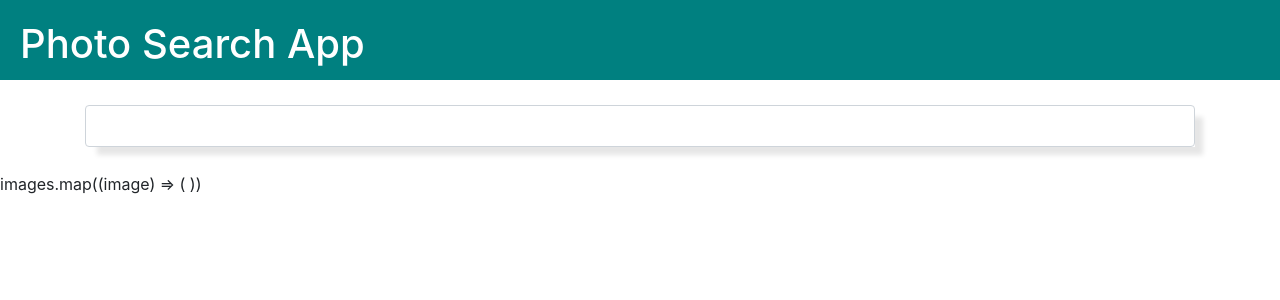
Repository: lamilekan263/photoapp
Page: /
An editor plug-in stored every save of this project. The page is shown before and after a run of saves, followed by the edit.
The browser window is 1280 px wide. The pictures show the whole page.
The project was rebuilt for these pictures with package versions that can differ from the ones it lists, and the page was loaded fresh each time. Also part of the build but not shown: src/components/ImageCard/ImageCard.scss, src/components/ImageCard/ImageCard.js.

Above is the page before, as saved 2020-08-26 12:53:10.

### public/index.html
<!DOCTYPE html>
<html lang="en">
  <head>
    <meta charset="utf-8" />
    <link rel="icon" href="%PUBLIC_URL%/favicon.ico" />
    <meta name="viewport" content="width=device-width, initial-scale=1" />
    <meta name="theme-color" content="#000000" />
    <meta
      name="description"
      content="Web site created using create-react-app"
    />

    <title>photo App</title>
  </head>
  <body>
    <noscript>You need to enable JavaScript to run this app.</noscript>
    <div id="root"></div>
  </body>
</html>

### src/index.js
import React from 'react';
import  ReactDOM from 'react-dom';
import 'bootstrap/dist/css/bootstrap.min.css';
import App from './App'


ReactDOM.render(
    <App/>,
    document.getElementById('root')
);

### src/App.js
import React from 'react';
import axios from 'axios'

import Header from './components/Header/Header'
import ImageList from './components/imageList/imageList'
import SearchBar from './components/searchBar/searchBar'

class App extends React.Component{
    state = {
        myImages : []
    }

    submitHandler = async (term) =>{
        const response = await axios.get('https://api.unsplash.com/search/photos', {
            params:{
                query: term,
                per_page: 25,
                order_by:'latest'
            },
            headers:{
                Authorization: 'Client-ID _EmXfMw4Ntd6F7SPo61DuogZ6sF5nsEsRHfLanqGI0M'
            }
        })
        this.setState({myImages : response.data.results})
        console.log(this.state.myImages)
    }
    render(){
        return(
           <React.Fragment>
               <Header />
                <SearchBar onSubmit = {this.submitHandler}/>
                <ImageList images ={this.state.myImages} />
           </React.Fragment>
        )
    }
}



export default App

### src/components/Header/Header.js
import React from 'react';

// import { Link} from 'react-router-dom'
import './Header.scss'

const Header = () =>{
    return(
        <div>
            <nav>
                <div className="brand">
                    <h1>Photo Search App</h1>
                </div>
            </nav>
        </div>
    )
}

export default Header

### src/components/imageList/imageList.js
import React from 'react';
import ImageCard from '../ImageCard/ImageCard'

import './imageList.scss'

const ImageList = ({ images }) =>{
    return(
        <div className="image-display">
            images.map((image) => (

            ))

        </div>
    )
}

export default ImageList

### src/components/searchBar/searchBar.js
import React from 'react'

import './searchBar.scss'

class SearchBar extends React.Component{
    state = {
        searchTerm : ''
    }

    onChangeHandler = (e) =>{
        this.setState({ searchTerm : e.target.value})
    }
    onSubmitHandler = (e)=>{
        e.preventDefault()
        this.props.onSubmit(this.state.searchTerm)
        this.setState({searchTerm : ''})
    }
    render(){
        return(
            <div className="container">
                <form onSubmit = {this.onSubmitHandler  }>
                    <div className="form-group">
                        <input type="text"
                        className="form-control"
                        onChange ={ this.onChangeHandler }
                        value = {this.state.searchTerm}
                        />
                    </div>
                </form>
            </div>
        )
    }

}

export default SearchBar

### src/components/Header/Header.scss
nav{
    width: 100%;
    height: 80px;
    background-color: teal;
    color:#fff;
    padding:20px;
    margin-bottom:25px;
    display:flex;
    flex-direction:row;
    justify-content:space-between;

    .brand{
        p{
            font-size: 20px;
            font-family:monospace;
        }
    }
}

### src/components/imageList/imageList.scss
.image-display{
    display: flex;
    flex-direction: row;

}

### src/components/searchBar/searchBar.scss
form{
    margin:25px 0;
    -webkit-box-shadow: 10px 10px 5px -2px rgba(230,230,230,1);
    -moz-box-shadow: 10px 10px 5px -2px rgba(230,230,230,1);
    box-shadow: 10px 10px 5px -2px rgba(230,230,230,1);
    .form-group{
        input{
            padding:20px;
            width: 100%;

        }
    }
}

After the next 3 saves:
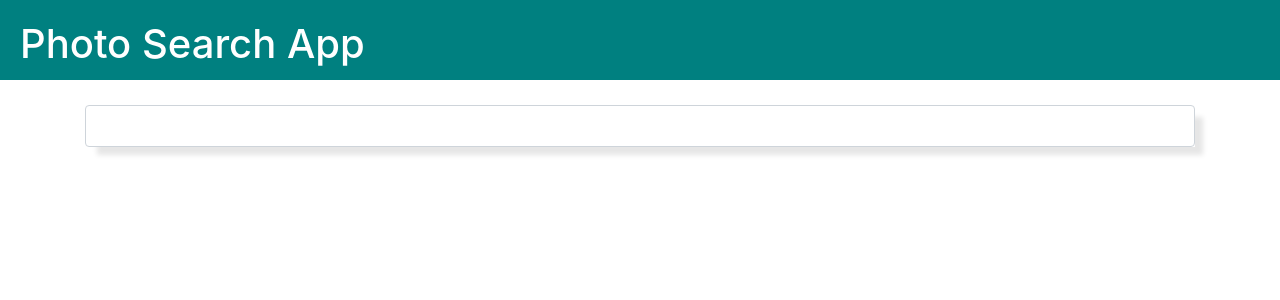
The 3 saves are shown as one change because 1 did not build or start and some came seconds apart.
The last was saved 79 s later.
--- a/src/components/imageList/imageList.js
+++ b/src/components/imageList/imageList.js
@@ -6,9 +6,6 @@ import './imageList.scss'
 const ImageList = ({ images }) =>{
     return(
         <div className="image-display">
-            images.map((image) => (
-
-            ))
 
         </div>
     )
